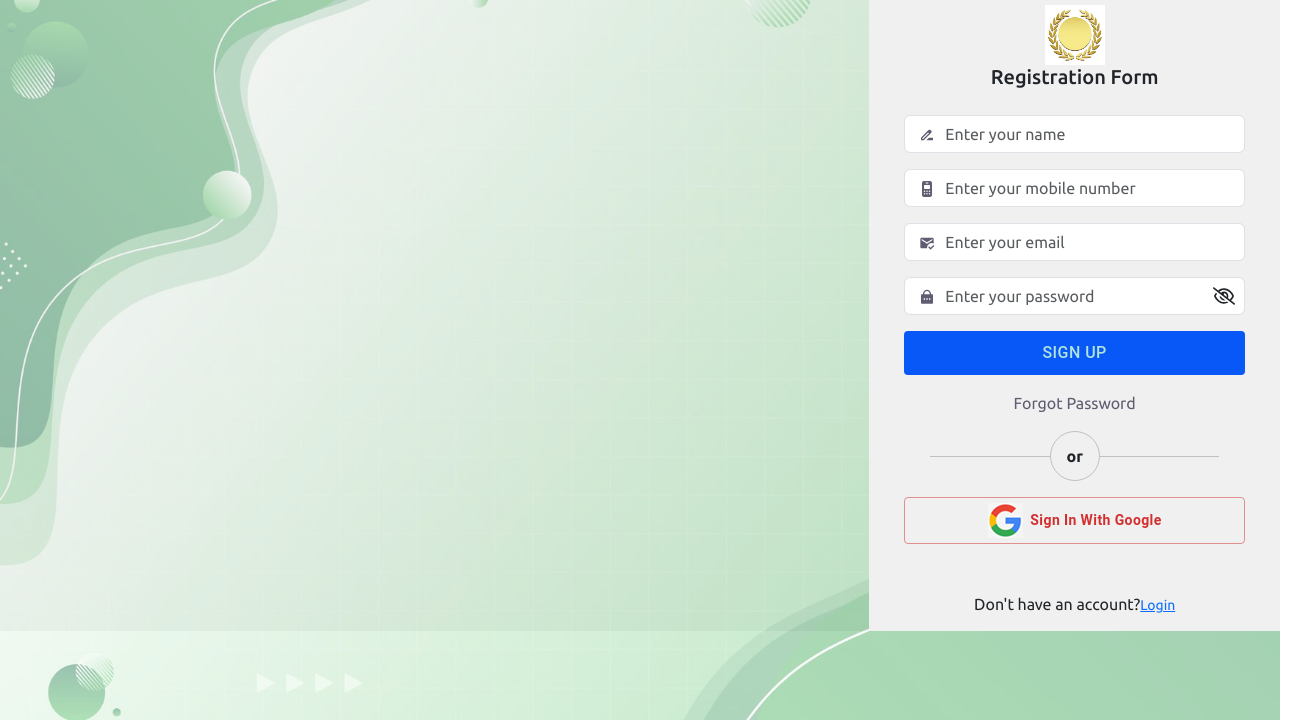
Repository: gautamsonam011/admin-react-dashboard
Page: /signup
The author's editor kept a copy of each file at every save. The page is drawn from the files as they stood at one save, then again after the next save.
The browser window is 1280 px wide. The page is 1292 px wide, so the pictures cover 1292 px, including what lies to the right of the window. The pictures show the whole page.
The project was rebuilt for these pictures with package versions that can differ from the ones it lists, and the page was loaded fresh each time. Also part of the build but not shown: src/components/DashboardBox.jsx, src/pages/Dashboard/Dashboard.jsx, src/pages/Login/index.jsx.

Above is the page before, as saved 2025-04-26 21:52:18.

After the next save:
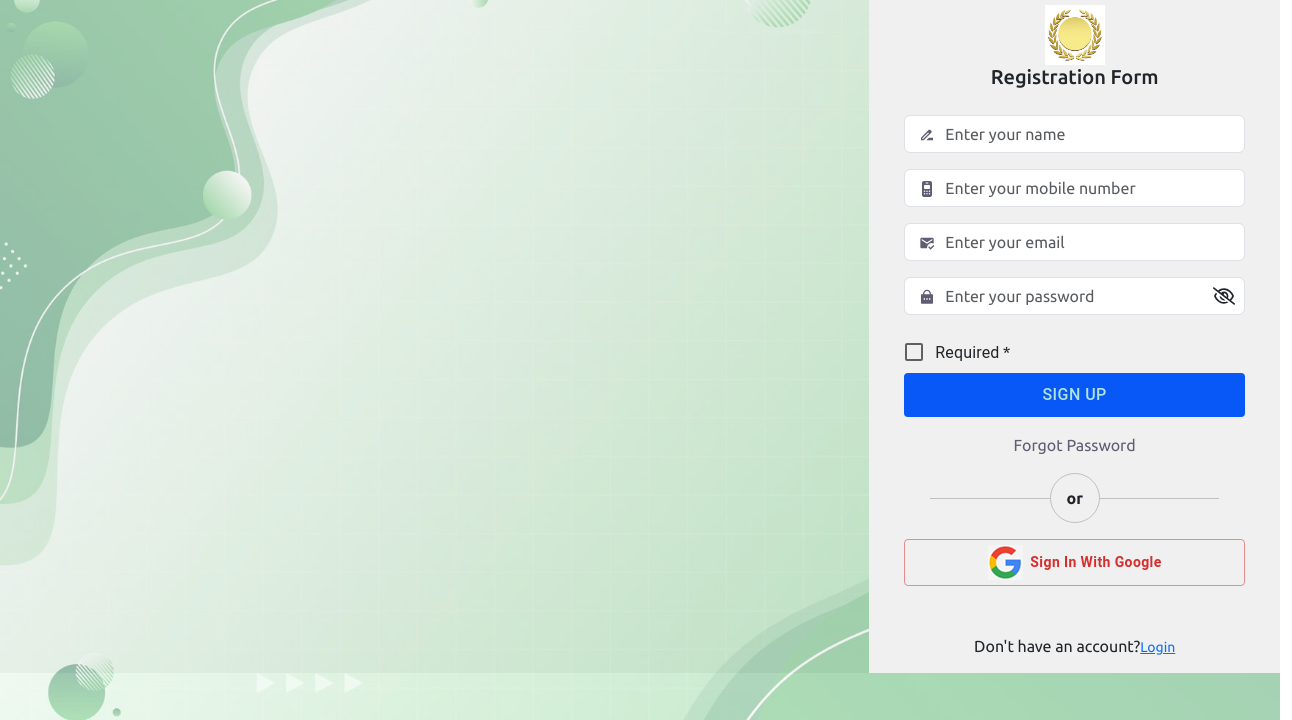
Saved 22 min 6 s later.
--- a/src/pages/SignUp/index.jsx
+++ b/src/pages/SignUp/index.jsx
@@ -12,7 +12,8 @@ import { Link } from 'react-router-dom';
 import google from "../../assests/images/google.png";
 import { MdDriveFileRenameOutline } from "react-icons/md";
 import { FaMobileRetro } from "react-icons/fa6";
-
+import FormControlLabel from '@mui/material/FormControlLabel';
+import Checkbox from '@mui/material/Checkbox';
 
 
 const SignUp = () => {
@@ -66,6 +67,7 @@ const SignUp = () => {
 
                                         </span>
                                     </div>
+                                    <FormControlLabel required control={<Checkbox />} label="Required" />
                                     <div className='form-group'>
                                         <Button className="btn-lg w-100 btn-big">Sign Up</Button>
                                     </div>
